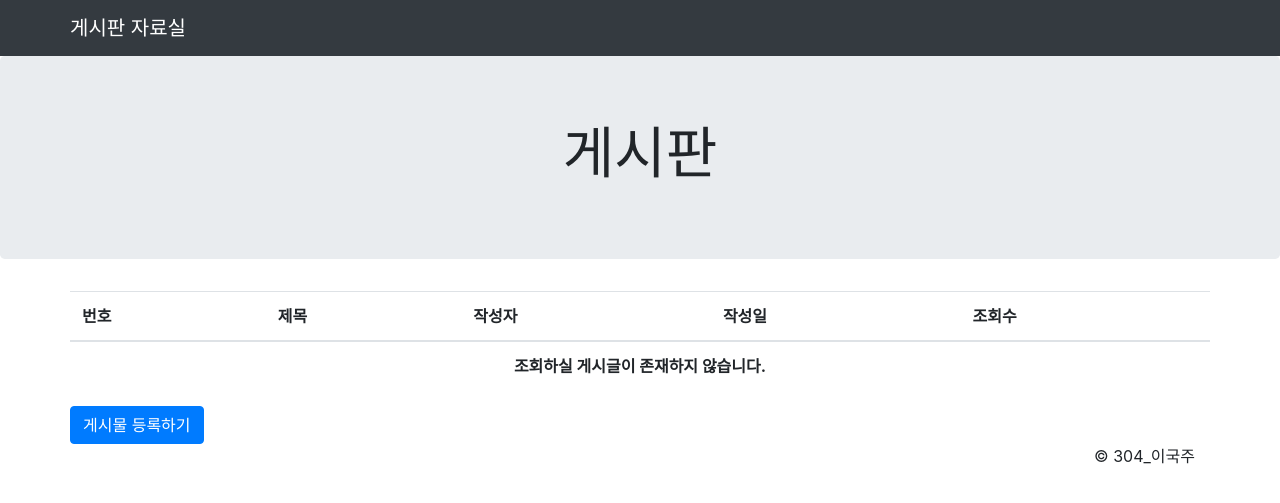
Repository: LeeKukJu/JSP-Study
Page: http://localhost/JSPBook/ch11/totaltest/boardList.jsp
An editor plug-in stored every save of this project. The page is shown before and after the next save, followed by the edit.
The browser window is 1280 px wide. The pictures show the whole page.
The page is served by Tomcat 9. Nobody is signed in. The application's start-up code is not run. Other server files are loaded and not shown.

Above is the page before, as saved 2023-02-04 07:33:26.

### JSPBook/WebContent/ch11/totaltest/boardList.jsp
<%@page import="dto.BoardVO"%>
<%@page import="java.util.ArrayList"%>
<%@page import="dao.BoardDAO"%>
<%@ page language="java" contentType="text/html; charset=UTF-8"
	pageEncoding="UTF-8"%>
<%@ taglib prefix="c" uri="http://java.sun.com/jsp/jstl/core"%>
<%@ taglib prefix="fn" uri="http://java.sun.com/jsp/jstl/functions"%>
<!DOCTYPE html>
<html>
<head>
<meta charset="UTF-8">
<title>@304_이국주</title>
</head>
<body>
	<!--
	1. 게시판 리스트를 table로 만들어서 출력해주세요.
		- boardList.jsp 페이지에다 만들어주세요
		- 넘겨받은 리스트 데이터를 코어태그를 이용하여 출력해주세요.
		  > c:set 리스트 저장 후 사용
		  > c:choose, c:when, c:otherwise
		  > c:forEach

		** 초반 데이터는 없습니다.
					제목						작성자		작성일			조회수
	─────────────────────────────────────────────────────────────────────────────
						조회하실 게시글이 존재하지 않습니다.
	─────────────────────────────────────────────────────────────────────────────


		** 데이터가 있는 경우 아래와 같이 출력됩니다.
				제목						작성자		작성일			조회수
	─────────────────────────────────────────────────────────────────────────────
		게시판 제목입니다......! 1			허나훔		2022-12-12		1245
		게시판 제목입니다......! 2			송서영		2022-12-12		1245
		게시판 제목입니다......! 3			채진영		2022-12-12		1245
		게시판 제목입니다......! 4			배영호		2022-12-12		1245
		게시판 제목입니다......! 5			조은혁		2022-12-12		1245
		게시판 제목입니다......! 6			조현수		2022-12-12		1245
		.....
	─────────────────────────────────────────────────────────────────────────────
	 게시글 등록하기

	2. 등록하기 버튼을 누르면 시큐리티에 의해 보호자원으로 설정되어 있습니다.
		해당 게시글 등록하기는 역할명 admin의 username "administrator" password "a0011" 로 설정해주세요
		그리고 admin 역할명에 해당하는 역할 계정이 아니고서는 접근 불가능하게 해주세요.
		시큐리티 인증 방식은 FORM 방식으로 하고, 로그인 페이지는 login.jsp로 설정해주세요.
		인증 실패 시, 에러 페이지는 login_failed 페이지로 설정해주세요.

	3. 게시판 리스트에서 내가 조회할 게시글 하나를 클릭 시, 게시판 상세보기 페이지로 이동합니다.
		- boardView.jsp 로 이동
 -->

	<%@include file="./menu.jsp"%>

	<%
		BoardDAO boardDAO = BoardDAO.getInstance();
	ArrayList<BoardVO> boardList = boardDAO.getBoardList();
	%>

	<c:set var="list" value="<%=boardList%>" />
	<c:set var="listSize" value="<%=boardList.size()%>" />

	<div class="jumbotron">
		<div class="container" align="center">
			<h1 class="display-4">게시판</h1>
		</div>
	</div>

	<div class="container">
		<div class="row" align="center">
			<table class="table table-hover" align="center">
				<thead>
					<tr>
						<th scope="col">번호</th>
						<th scope="col">제목</th>
						<th scope="col">작성자</th>
						<th scope="col">작성일</th>
						<th scope="col">조회수</th>
					</tr>
				</thead>
				<tbody>
					<c:choose>
						<c:when test="${listSize > 0}">
							<c:forEach var="board" items="${list}" varStatus="stat">

								<tr onClick="location.href='./boardView.jsp?id=${board.id}&hit=${board.hit}'" style="cursor:pointer;">
									<th scope="row">${(listSize-stat.count)+1}</th>
									<td>${board.title}</td>
									<td>${board.author}</td>
									<td>${board.writeDate}</td>
									<td>${board.hit}</td>
								</tr>

							</c:forEach>
						</c:when>
						<c:otherwise>
							<tr align="center">
								<th scope="row" colspan="5">조회하실 게시글이 존재하지 않습니다.</th>
							</tr>
						</c:otherwise>
					</c:choose>
				</tbody>
			</table>
		</div>
		<div class="row" align="left">
			<a class="btn btn-primary" href="./boardForm.jsp" role="button">게시물 등록하기</a>
		</div>
		<div class="row" align="right">
			<%@include file="./footer.jsp"%>
		</div>
	</div>




</body>
</html>

### JSPBook/WebContent/ch11/totaltest/menu.jsp
<%@ page language="java" contentType="text/html; charset=UTF-8"
	pageEncoding="UTF-8"%>
<link rel="stylesheet" href="https://maxcdn.bootstrapcdn.com/bootstrap/4.0.0/css/bootstrap.min.css"/>
<!--
	메뉴를 제공하는 페이지를 구성해주세요.
	- 메뉴를 구성하고 각 페이지(view)를 담당하는 jsp 마다 페이지 모듈화를 진행해주세요.

	[상단 메뉴 구성]
	게시판  자료실 -> boardList.jsp 요청 ( 시큐리티 작동하도록)
 -->

<nav class="navbar navbar-expand navbar-dark bg-dark">
	<div class="container">
		<div class="navbar-header">
			<a class="navbar-brand" href="./boardList.jsp">게시판 자료실</a>
		</div>
	</div>
</nav>

### JSPBook/WebContent/ch11/totaltest/footer.jsp
<%@ page language="java" contentType="text/html; charset=UTF-8"
    pageEncoding="UTF-8"%>
<!DOCTYPE html>
<html>
<head>
<meta charset="UTF-8">
<title>@304_이국주</title>
</head>
<body>
<!--
	@304_본인이름  으로 페이지를 구성해주세요.
	- 메뉴를 구성하고 각 페이지(view)를 담당하는 jsp 마다 페이지 모듈화를 진행해주세요.
 -->

 <footer class="container">
	<p>&copy; 304_이국주</p>
</footer>

</body>
</html>

### JSPBook/src/dao/BoardDAO.java
package dao;

import java.time.LocalDate;
import java.util.ArrayList;

import org.apache.commons.lang3.RandomStringUtils;

import dto.BoardVO;

public class BoardDAO {

	private ArrayList<BoardVO> boardList = new ArrayList<BoardVO>();

	private static BoardDAO instance = new BoardDAO();
	public static BoardDAO getInstance() {
		return instance;
	}

	public BoardDAO() {
//		BoardVO board1 = new BoardVO();
//
//		board1.setId(RandomStringUtils.randomAlphanumeric(6));
//		board1.setTitle("게시물 입니당1");
//		board1.setAuthor("김작가1");
//		board1.setContent("내용입니당1");
//
//		BoardVO board2 = new BoardVO();
//
//		board2.setId(RandomStringUtils.randomAlphanumeric(6));
//		board2.setTitle("게시물 입니당2");
//		board2.setAuthor("김작가2");
//		board2.setContent("내용입니당2");
//
//		BoardVO board3 = new BoardVO();
//
//		board3.setId(RandomStringUtils.randomAlphanumeric(6));
//		board3.setTitle("게시물 입니당3");
//		board3.setAuthor("김작가3");
//		board3.setContent("내용입니당3");
//
//		boardList.add(board1);
//		boardList.add(board2);
//		boardList.add(board3);
	}



	public ArrayList<BoardVO> getBoardList(){
		return boardList;
	}

	public void insertBoard(BoardVO board) {
		boardList.add(board);
	}

	public void updateBoard(BoardVO board) {
		int index = getBoardIndex(board);
		boardList.set(index, board);
	}

	public void deleteBoard(BoardVO board) {
		boardList.remove(board);
	}

	public BoardVO getBoardById(String boardId) {
		BoardVO boardById = null;

		for(BoardVO board : boardList) {
			if(board != null && board.getId() != null && board.getId().equals(boardId)) {
				boardById = board;
				break;
			}
		}
		return boardById;
	}

	public int getBoardIndex(BoardVO board) {
		int index = 0;

		for(BoardVO bv : boardList) {
			if(bv != null && bv.getId() != null && bv.getId().equals(board.getId())) {
				break;
			}
			index++;
		}
		return index;
	}
}

After the next save:
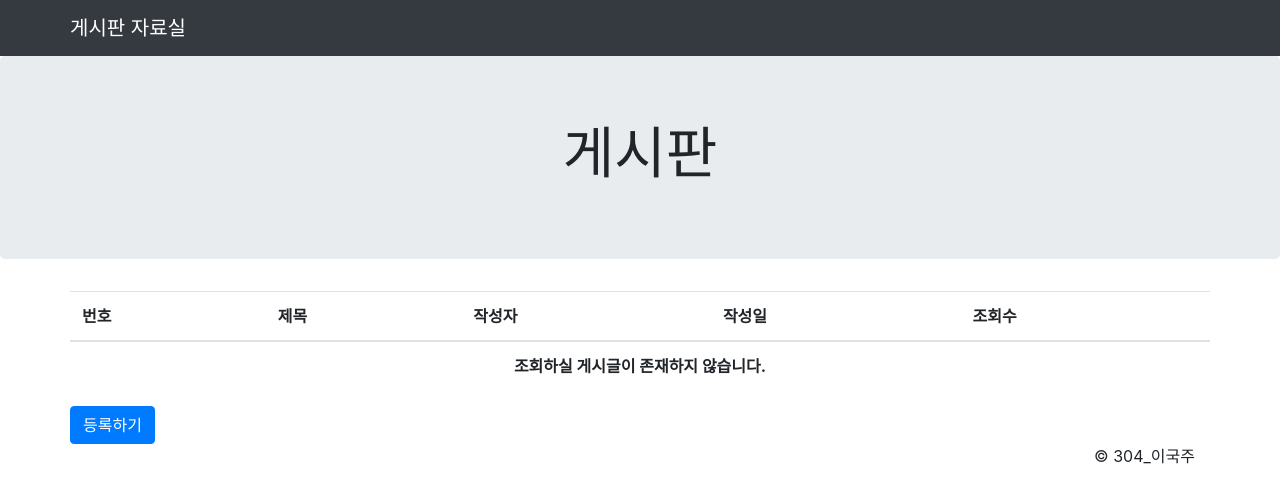
Saved 35 s later.
--- a/JSPBook/WebContent/ch11/totaltest/boardList.jsp
+++ b/JSPBook/WebContent/ch11/totaltest/boardList.jsp
@@ -103,7 +103,7 @@
 			</table>
 		</div>
 		<div class="row" align="left">
-			<a class="btn btn-primary" href="./boardForm.jsp" role="button">게시물 등록하기</a>
+			<a class="btn btn-primary" href="./boardForm.jsp" role="button">등록하기</a>
 		</div>
 		<div class="row" align="right">
 			<%@include file="./footer.jsp"%>
